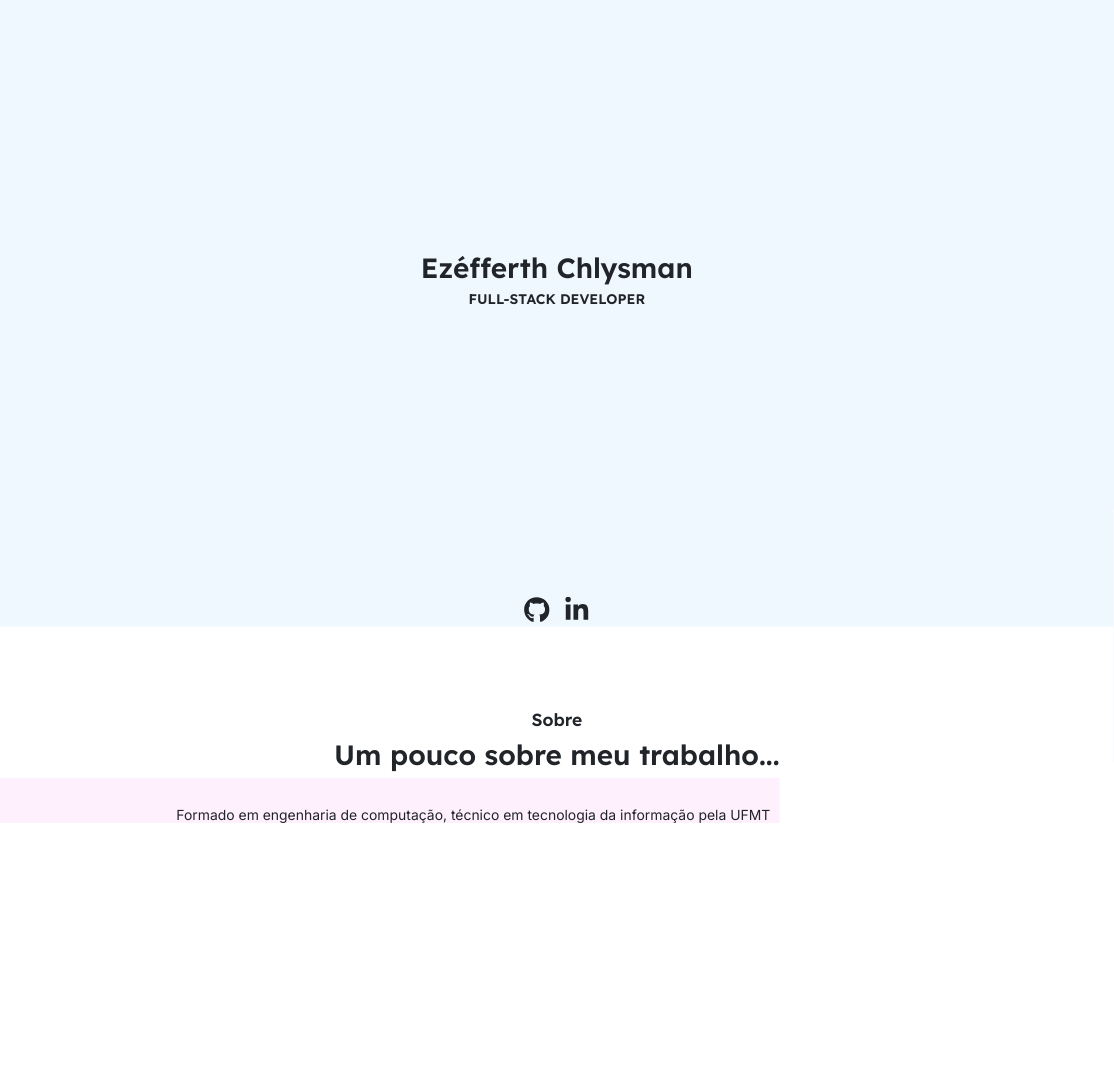
Repository: ezefferth/my-portfolio
Page: /
An editor plug-in stored every save of this project. The page is shown before and after the next save, followed by the edit.
The browser window is 1280 px wide. The pictures show the whole page, at 87% of full size.
The project was rebuilt for these pictures with package versions that can differ from the ones it lists, and the page was loaded fresh each time. The framework's server and built-in components were replaced by stand-ins that run in the browser. Also part of the build but not shown: next.config.js.

Above is the page before, as saved 2022-04-12 21:00:14.

### src/pages/_document.tsx
import Document, { Html, Head, Main, NextScript } from 'next/document';


export default class MyDocument extends Document {
	render() {
		return (
			<Html>
				<Head>
					<link rel="preconnect" href="https://fonts.googleapis.com" />
					<link rel="preconnect" href="https://fonts.gstatic.com" />
					<link href="https://fonts.googleapis.com/css2?family=Inter&family=Lexend:wght@500;600&display=swap" rel="stylesheet" />
					<link href="https://cdn.jsdelivr.net/npm/bootstrap@5.1.3/dist/css/bootstrap.min.css" rel="stylesheet" integrity="sha384-1BmE4kWBq78iYhFldvKuhfTAU6auU8tT94WrHftjDbrCEXSU1oBoqyl2QvZ6jIW3" crossOrigin="anonymous" />

				</Head>
				<body>
					<script src="https://cdn.jsdelivr.net/npm/bootstrap@5.1.3/dist/js/bootstrap.bundle.min.js" integrity="sha384-ka7Sk0Gln4gmtz2MlQnikT1wXgYsOg+OMhuP+IlRH9sENBO0LRn5q+8nbTov4+1p" crossOrigin="anonymous"></script>
					<Main />
					<NextScript />
				</body>
			</Html>
		);
	}
}

### src/pages/index.tsx
import type { NextPage } from 'next'
import Head from 'next/head'

import styles from '../styles/Home.module.scss'

import { FaGithub, FaLinkedinIn } from 'react-icons/fa';

import Resumo from './texts/resumo';

const Home: NextPage = () => {
  return (
    <div className={styles.container}>
      <Head>
        <title>My Portfolio</title>
      </Head>
      <div className={styles.presentation}>

        <h1>Ezéfferth Chlysman</h1>
        <h6>FULL-STACK DEVELOPER</h6>

        <div className={styles.iconsDiv}>
          <FaGithub
            size={30}
            className={styles.icon}
          />
          <FaLinkedinIn
            size={30}
            className={styles.icon}
          />
        </div>
      </div>
      <div className={styles.about}>


          <h5 className={styles.sobreH5}>Sobre</h5>

          <h1>Um pouco sobre meu trabalho...</h1>

          <div className={styles.resumo}>
            <Resumo/>
          </div>
      </div>

    </div>
  )
}

export default Home

### src/styles/globals.scss
* {
  margin: 0;
  padding: 0;
  box-sizing: border-box;
}

@media (max-width: 1080px) {
  html {
    font-size: 93.75%;
  }
}

@media (max-width: 720px) {
  html {
    font-size: 87.5%;
  }
}

body,
input,
textarea,
button {
  font: 500 1rem Inter, sans-serif;
}

h1,
h2,
h3,
h4,
h5,
h6 {
  font-weight: 600;
  font-family: Lexend, sans-serif;
  color: var(--gray-800);
}

h1 {
  font-size: 2rem;
}
h2 {
  font-size: 1.5rem;
}
button {
  cursor: pointer;
}

### src/styles/Home.module.scss
.container {
  .presentation {
    padding-top: 40vh;
    text-align: center;

    background-color: aliceblue;
    width: 100vw;
    height: 100vh;

    .iconsDiv {
      padding-top: 45vh;

      .icon{
        margin-left: 0.5rem;
        margin-right: 0.5rem;
      }
    }
  }

  .about{

    text-align: center;
    height: 70vh;

    .sobreH5{
      padding-top: 6rem;
    }

    .resumo{

      padding-top: 2rem;
      width: 70vw;
      padding-left: 15vw;
      background-color: rgb(255, 240, 254);

      .resumoText{


      }
    }
  }
}

### src/pages/texts/resumo.tsx

import styles from '../../styles/Home.module.scss';

export default function Resumo() {

  return (

    <p className={styles.resumoText}>
      Formado em engenharia de computação, técnico em tecnologia da informação pela
      UFMT

    </p>
  )
}

Loaded but not shown: src/pages/_app.tsx (common file)

After the next save:
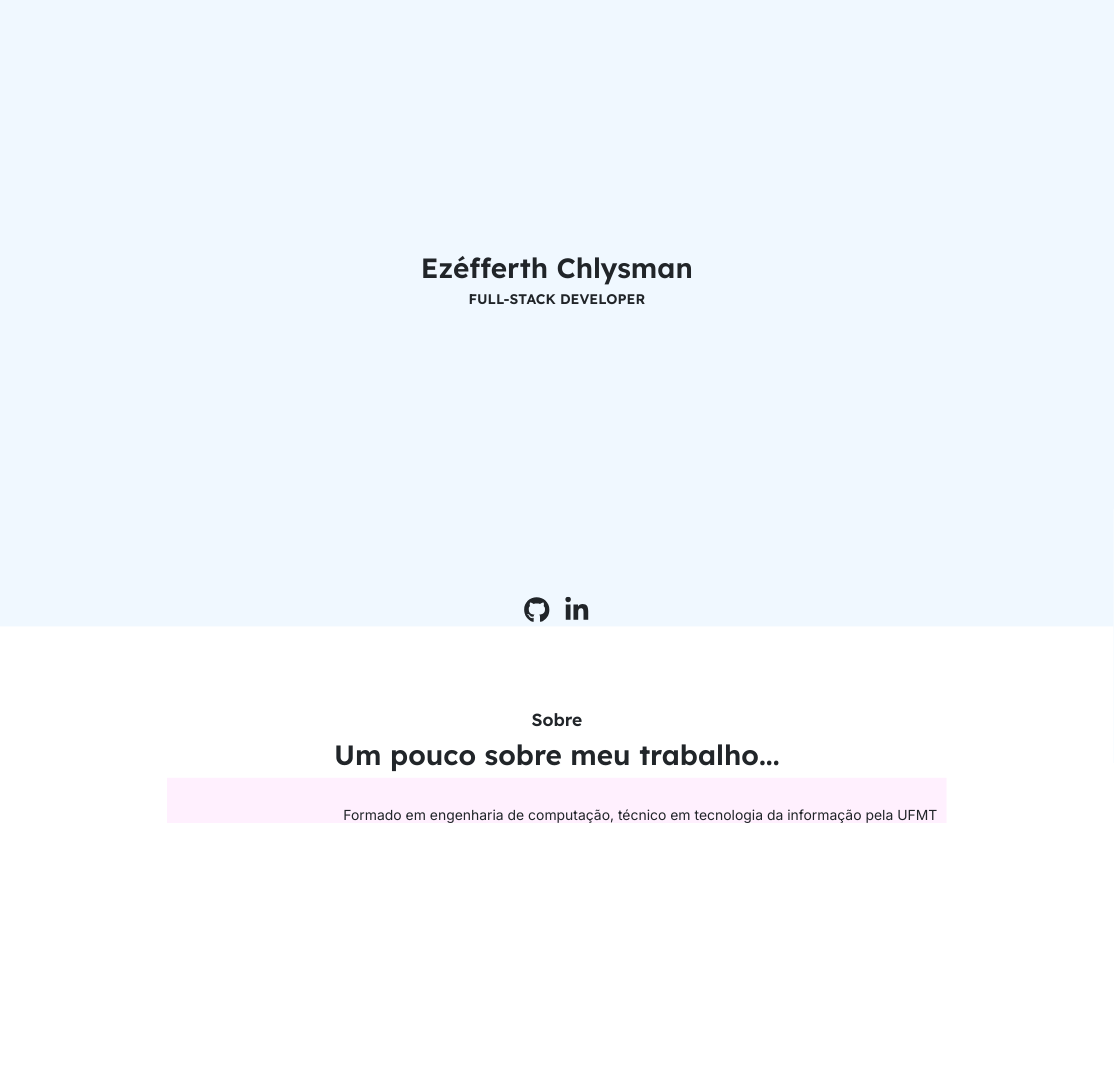
Saved 21 s later.
--- a/src/styles/Home.module.scss
+++ b/src/styles/Home.module.scss
@@ -30,6 +30,7 @@
 
       padding-top: 2rem;
       width: 70vw;
+      margin-left: 15vw;
       padding-left: 15vw;
       background-color: rgb(255, 240, 254);
 
